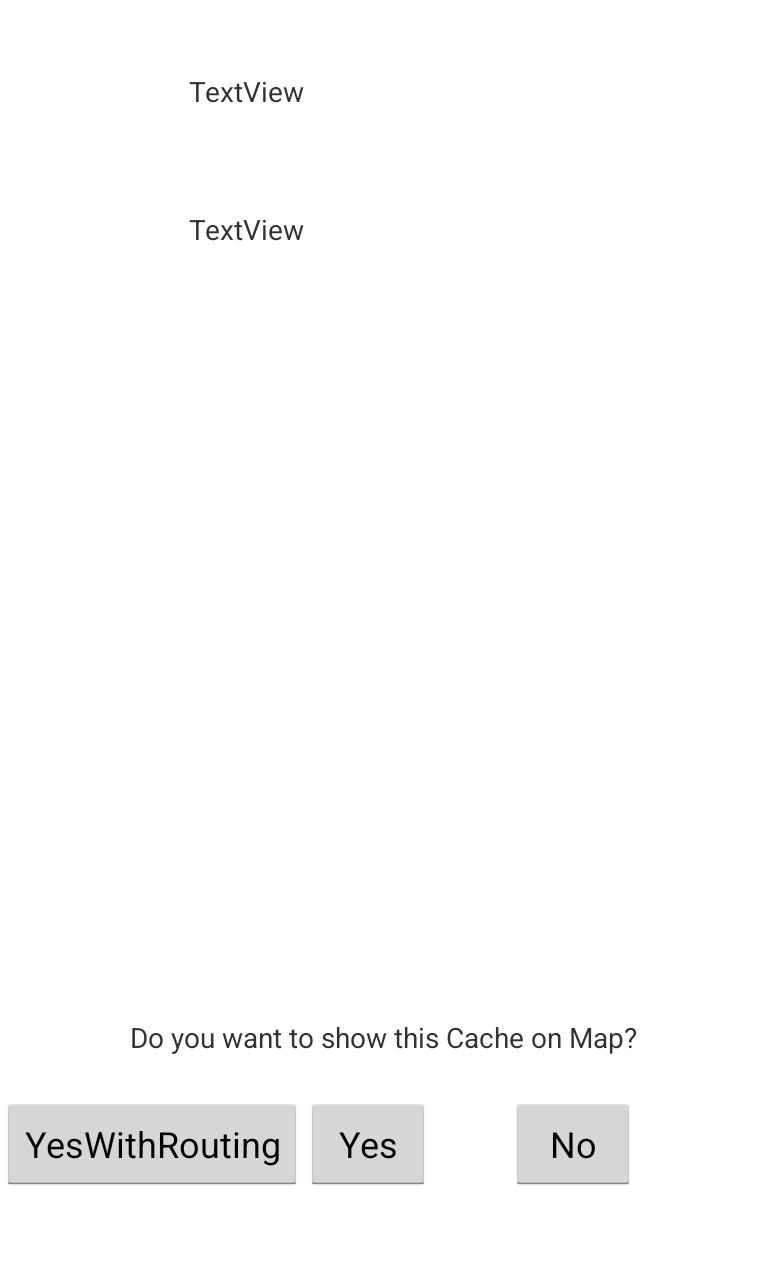
Repository: mpdehnel/seg
Layout: VectorOne/res/layout/activity_cachshow.xml
The author's editor kept a copy of each file at every save. The layout is drawn from the files as they stood at one save, then again after the next save.
It is drawn on a 768 x 1280 px phone screen (xhdpi) without system bars, with theme AppTheme; the app's code is not run.

Above is the layout before, as saved 2013-02-14 20:46:29.

After the next save:
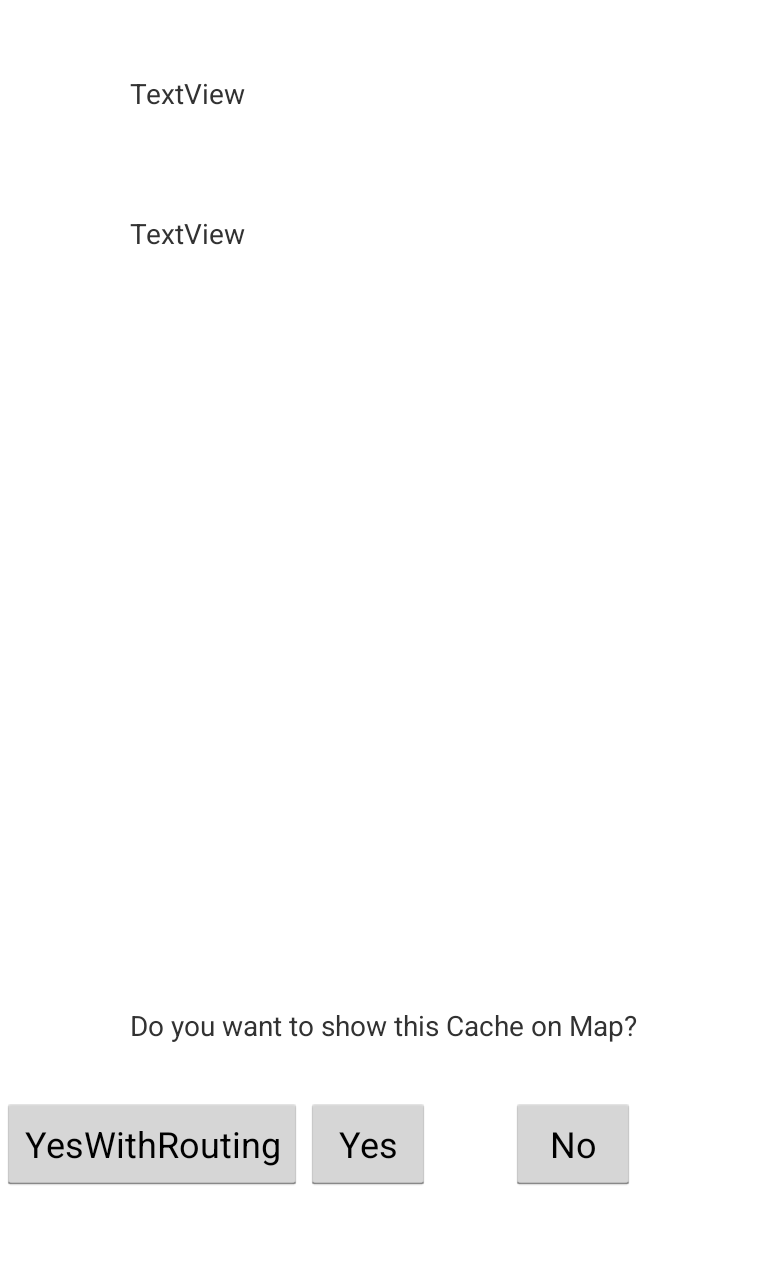
Saved 2 h 1 min later.
--- a/VectorOne/res/layout/activity_cachshow.xml
+++ b/VectorOne/res/layout/activity_cachshow.xml
@@ -3,24 +3,6 @@
         android:id="@+id/cacheshowlayout"
         android:layout_width="fill_parent"
         android:layout_height="fill_parent" >
-
-        <TextView
-            android:id="@+id/doyouwant"
-            android:layout_width="wrap_content"
-            android:layout_height="wrap_content"
-            android:layout_above="@+id/yes_button"
-            android:layout_centerHorizontal="true"
-            android:layout_marginBottom="20dp"
-            android:text="Do you want to show this Cache on Map?" />
-
-        <TextView
-            android:id="@+id/CacheDiscription"
-            android:layout_width="wrap_content"
-            android:layout_height="wrap_content"
-            android:layout_alignLeft="@+id/CachName"
-            android:layout_below="@+id/CachName"
-            android:layout_marginTop="50dp"
-            android:text="TextView" />
 
         <Button
             android:id="@+id/routing_button"
@@ -52,9 +34,27 @@
             android:id="@+id/CachName"
             android:layout_width="wrap_content"
             android:layout_height="wrap_content"
+            android:layout_alignLeft="@+id/doyouwant"
             android:layout_alignParentTop="true"
-            android:layout_marginTop="36dp"
-            android:layout_toLeftOf="@+id/yes_button"
+            android:layout_marginTop="37dp"
+            android:text="TextView" />
+
+        <TextView
+            android:id="@+id/doyouwant"
+            android:layout_width="wrap_content"
+            android:layout_height="wrap_content"
+            android:layout_above="@+id/routing_button"
+            android:layout_centerHorizontal="true"
+            android:layout_marginBottom="26dp"
+            android:text="Do you want to show this Cache on Map?" />
+
+        <TextView
+            android:id="@+id/CacheDiscription"
+            android:layout_width="wrap_content"
+            android:layout_height="wrap_content"
+            android:layout_alignLeft="@+id/CachName"
+            android:layout_below="@+id/CachName"
+            android:layout_marginTop="51dp"
             android:text="TextView" />
 
     </RelativeLayout>
